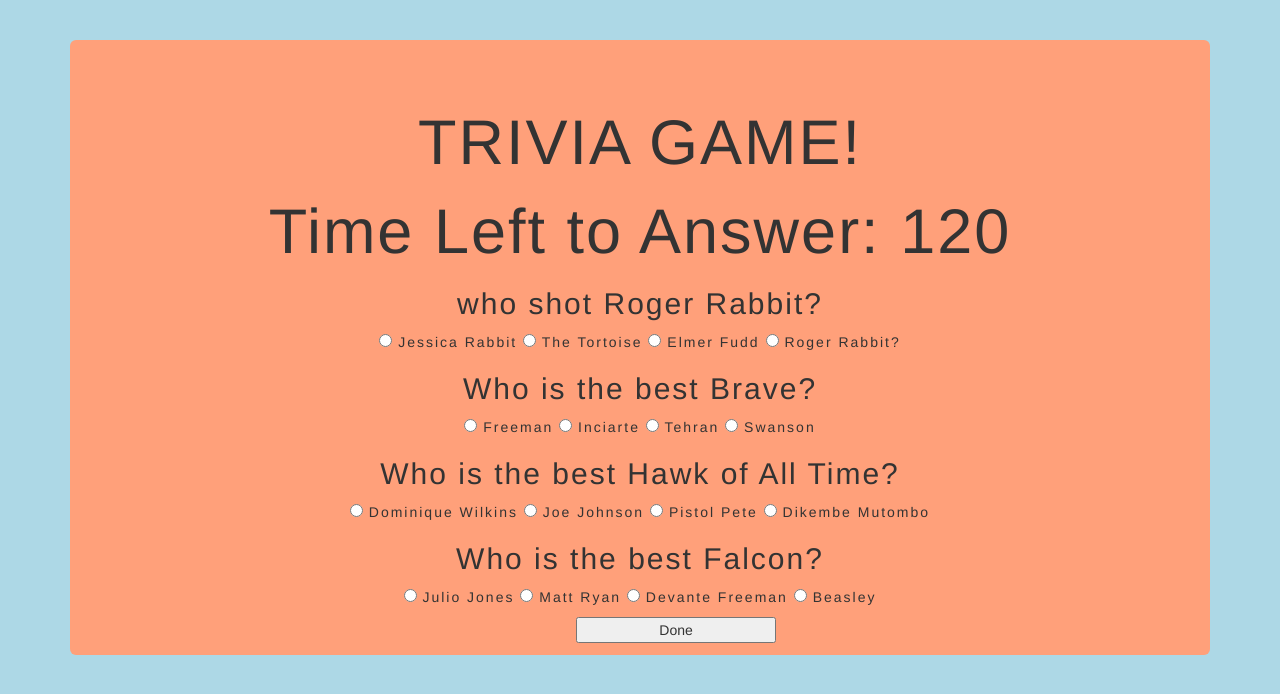
Repository: phiniezyc/TriviaGame
Page: index.html
These files come from the project's save history. The page is drawn as it stood at one moment and after a run of saves; the edit follows.
The browser window is 1280 px wide. The pictures show the whole page.
After loading, the first visible `#startGameButton` was clicked once.
Some web libraries are served in a nearby version.

Above is the page before, as saved 2017-09-14 01:34:32.
Console error: TypeError: "#timeLeft".html is not a function

After the next 2 saves:
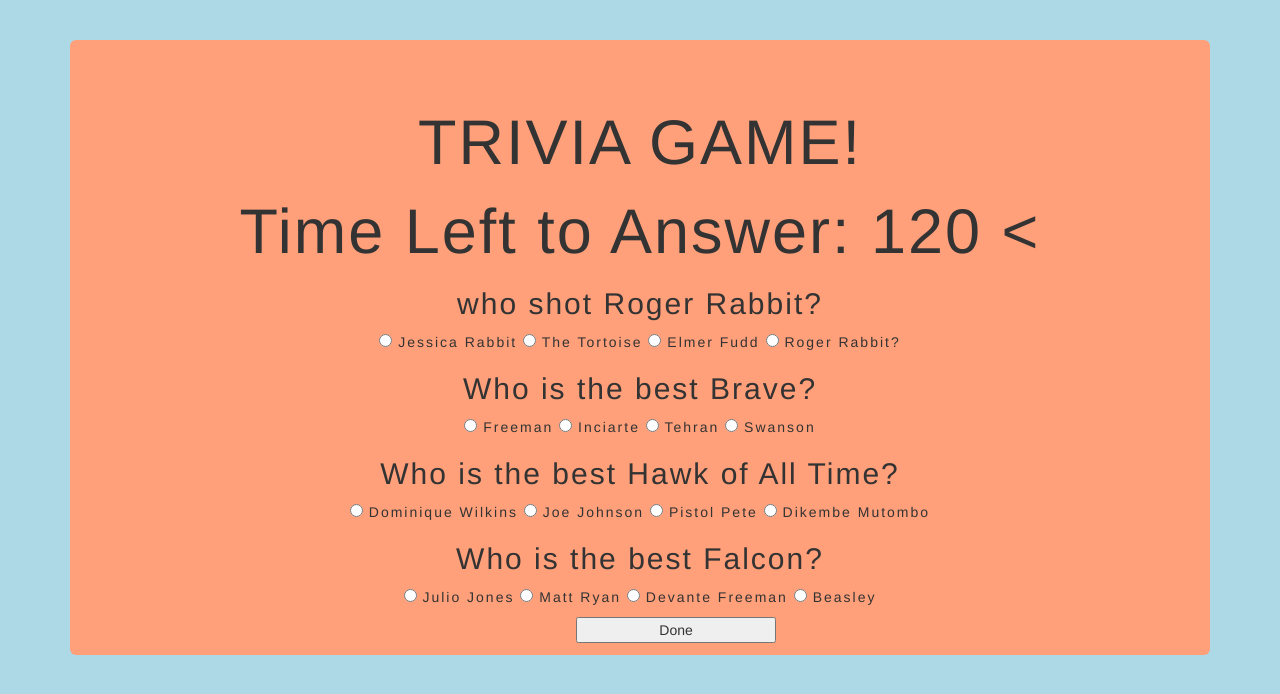
The 2 saves are shown as one change because they came seconds apart.
The last was saved 15 s later.
--- a/assets/javascript/app.js
+++ b/assets/javascript/app.js
@@ -44,7 +44,7 @@
     },
     startTimer: function() {
         timer = setInterval(trivaScoring.timeLeft, 1000);
-        $("#questionSection").prepend("<h1>Time Left to Answer: <span id = 'counter'> 120 </span>")
+        $("#questionSection").prepend("<h1>Time Left to Answer: <span id = 'counter'> 120 </span> <")
         $("#startGameButton").remove();
         for (var i = 0; i < questions.length; i++) {
             $("#questionSection").append("<h2>" + questions[i].question + "</h2>");
